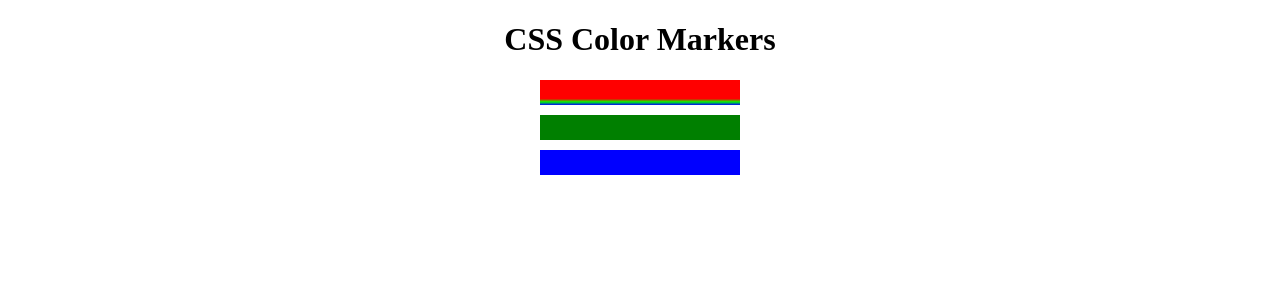
Repository: AimenDje/ColoredMarkers
Page: index.html
The author's editor kept a copy of each file at every save. The page is drawn from the files as they stood at one save, then again after the next save.
The browser window is 1280 px wide. The pictures show the whole page.

Above is the page before, as saved 2025-05-09 01:36:57.

After the next save:
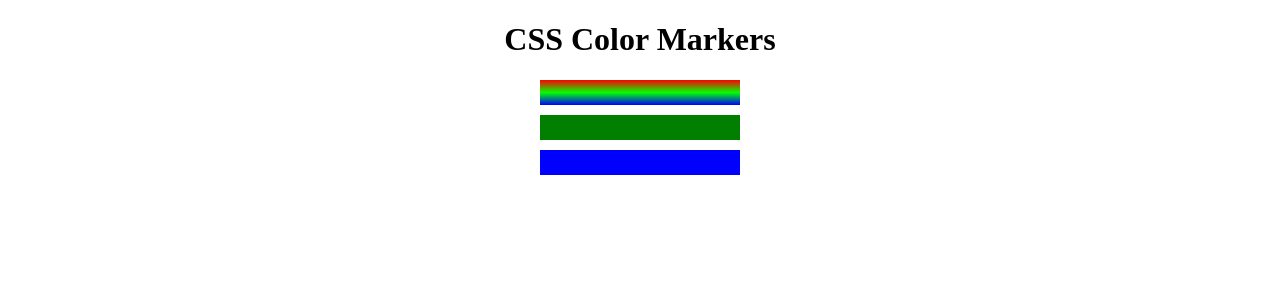
Saved 52 s later.
--- a/styles.css
+++ b/styles.css
@@ -9,7 +9,7 @@
   }
 
 .red {
-  background: linear-gradient(180deg, rgb(255, 0, 0) 75%, rgb(0, 255, 0), rgb(0, 0, 255));
+  background: linear-gradient(180deg, rgb(255, 0, 0) 0%, rgb(0, 255, 0) 50%, rgb(0, 0, 255)100%);
 }
 
 .green {
